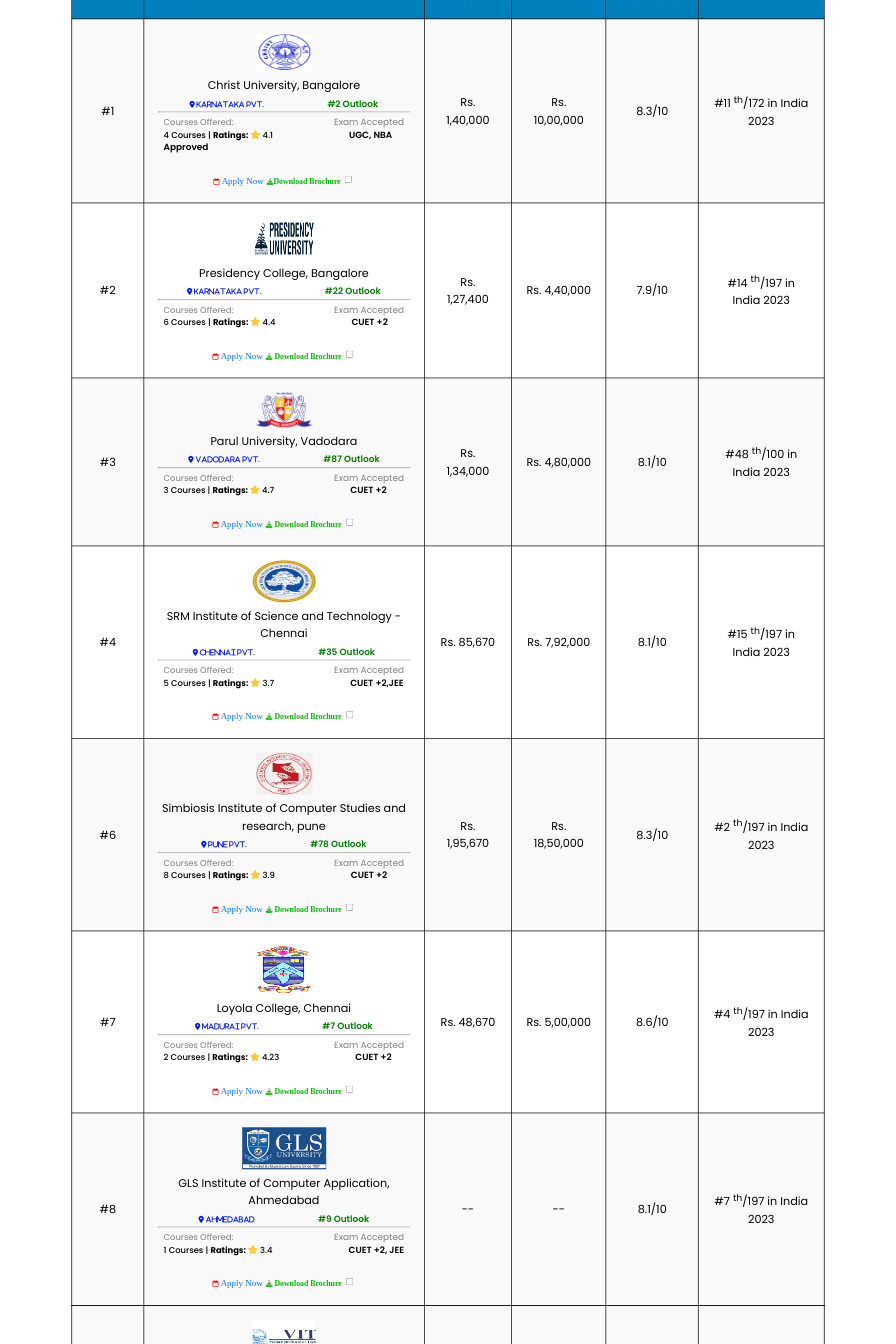
Repository: NamanSahu09/VidyaPreet-Ed-Tech-Website
Page: bca.html
These files come from the project's save history. The page is drawn as it stood at one moment and after the next save; the edit follows.
The browser window is 1280 px wide. The pictures show the part of the page from y = 599 to 2519 px (the page is 3679 px tall), at 70% of full size.
Some web libraries are served in a nearby version.

Above is the page before, as saved 2024-04-15 01:02:33.

### bca.html
<!DOCTYPE html>
<html lang="en">
<head>
	<meta charset="UTF-8">
	<meta name="viewport" content="width=device-width, initial-scale=1.0">
	<title>Top BCA Colleges in India</title>
	<link rel="shortcut icon" href="img/Vidya peeth.png">
	<!-- font Awesome CDN link -->
	<link rel="stylesheet" href="https://cdnjs.cloudflare.com/ajax/libs/font-awesome/6.1.1/css/all.min.css" />

	<!-- External CSS -->
	<!-- <link rel="stylesheet" href="style.css"> -->
	<!-- <link rel="stylesheet" href="about.css"> -->
	<link rel="stylesheet" href="bsc.css">



	<!-- JQuery CDN link -->
	<script src="https://code.jquery.com/jquery-3.6.0.min.js" integrity="sha256-/xUj+3OJU5yExlq6GSYGSHk7tPXikynS7ogEvDej/m4=" crossorigin="anonymous"></script>
</head>
<body>
	<!-- Navigation start -->
	<nav>
		<img src="img/Vidya peeth.png" class="logo" alt="" height="70px"  width="250px"/>

		<div class="navigation">
			<ul>
				<i id="menu-close" class="fas fa-times"></i>
				<li><a href="index.html" class="active">Home</a></li>
				<li><a href="about.html">About Us</a></li>
				<!-- <li><a href="courses.html">Courses</a></li> -->
				<li><a href="contact.html">Contact</a></li>
				<li><a href="#">
					<i class="far fa-user"></i>
					</a>
				</li>


			</ul>

			<img src="img/menu.png" id="menu-btn" alt="">
		</div>
	</nav>
	<!-- Navigation ends -->



  <!-- login sign-up-form -->

  <div class="form">
    <!-- login -->
    <div class="login-form">

      <!-- cancel-btn -->

      <a href="#" class="form-cancel">
        <i class="fas fa-times"></i>
      </a>


      <strong>Log In</strong>
      <!-- inputs -->
      <form >
        <input type="email" placeholder="Example@gmail.com" name="email" required>
        <input type="password" placeholder="Password" name="password" required>
        <!-- submit-btn -->
        <input type="submit" value="Log In">
      </form>

      <!-- Forget-and-signup -->
      <div class="form-btns">
          <a href="#" class="forget">Forget Your Password?</a>
          <a href="#" class="sign-up-btn">Create Account</a>
    </div>

    </div>




     <!-- Sign Up -->
     <div class="sign-up-form">

      <!-- cancel-btn -->

      <a href="#" class="form-cancel">
        <i class="fas fa-times"></i>
      </a>


      <strong>Sign In</strong>
      <!-- inputs -->
      <form >
        <input type="text" placeholder="Full Name" name="fullname" required>
        <input type="email" placeholder="Example@gmail.com" name="email" required>
        <input type="password" placeholder="Password" name="password" required>
        <!-- submit-btn -->
        <input type="submit" value="Sign Up">
      </form>

      <!-- Forget-and-signup -->
      <div class="form-btns">
          <a href="#" class="already-acount">Already have Account?</a>
    </div>

    </div>

  </div>







	<!-- Hero section starts from here -->
	<section id="about-home">
		<h2>
			Lists of BCA Colleges in India based on 2024 Ranking
		</h2>
	</section>
	<!-- Hero section ends from here -->


	<section id="contact">

		<div class="table-container">
		<table  class="custom-table">
			<tr align="center">
	<th>CD RANK</th>
	<th>Colleges</th>
	<th>Course Fees</th>
	<th>Placement</th>
	<th>User Reviews</th>
	<th>Ranking</th>
	</tr>

	<tr align="center">
	<td>#1</td>
	<td>

		<div class="container-wrapper">

			<div class="container1">
				<img src="logos/christ.png" alt="logo" height="55px" width="80px">
			</div>

			<div class="container2">
				<a href="https://christuniversity.in/">Christ University, Bangalore</a><br>
		   <i class="fa-solid fa-location-dot " style="font-size: 10px; "> Karnataka Pvt. </i>
		   <span style="color: green; font-weight: 600; margin-left: 24%;"> #2 Outlook</span>
			</div>
		</div>

		<hr>


	<p style="font-size: 12px; color: grey; margin-left: 0.5rem; margin-top: 4px;" align="left">Courses Offered:
	<span class="between">Exam Accepted</span>
	</p>
	<p align="left" style="margin-left: 0.5rem; font-size: 12px; font-weight: 500; ">4 Courses |
			<b>Ratings: </b><i align="left" class="fa-solid fa-star"></i> 4.1
			<span class="between1">UGC, NBA Approved</span>
	</p>

<br>

	<i class="fa-regular fa-calendar" align="left"><a href="https://christuniversity.in/"> Apply Now </a></i>
	<i class="fa-solid fa-download"><a href="js files/st_stephens.pdf" download>Download Brochure</a></i>
	<input type="checkbox"><span></span>





	</td>

	<td>Rs. 1,40,000</td>
	<td>Rs. 10,00,000</td>
	<td>8.3/10</td>
	<td>#11 <sup>th</sup>/172 in India 2023 </td>
	</tr>

	<tr align="center">
	<td>#2</td>


	<td>


		<div class="container-wrapper">

			<div class="container1">
				<img src="logos/presidency.png" alt="logo" height="60px" width="90px">
			</div>

			<div class="container2">
				<a href="https://presidencycollege.ac.in/?id=1">Presidency College, Bangalore </a><br>
		   <i class="fa-solid fa-location-dot " style="font-size: 10px; "> Karnataka Pvt. </i>
		   <span style="color: green; font-weight: 600; margin-left: 24%;"> #22 Outlook</span>
			</div>
		</div>

		<hr>


	<p style="font-size: 12px; color: grey; margin-left: 0.5rem; margin-top: 4px;" align="left">Courses Offered:
	<span class="between">Exam Accepted</span>
	</p>
	<p align="left" style="margin-left: 0.5rem; font-size: 12px; font-weight: 500; ">6 Courses |
			<b>Ratings: </b><i align="left" class="fa-solid fa-star"></i> 4.4
			<span class="between1">CUET +2</span>
	</p>

<br>

	<i class="fa-regular fa-calendar" align="left"><a href="https://presidencycollege.ac.in/?id=1"> Apply Now </a></i>
	<i class="fa-solid fa-download" ><a href=""> Download Brochure </a></i>
	<input type="checkbox"><span></span>

		</td>
	<td>Rs. 1,27,400</td>
	<td>Rs. 4,40,000</td>
	<td>7.9/10</td>
	<td>#14 <sup>th</sup>/197 in India 2023 </td>



	</tr>	<tr align="center">
	<td>#3</td>
	<td>


		<div class="container-wrapper">

			<div class="container1">
				<img src="logos/parul.png" alt="logo" height="50px" width="80px">
			</div>

			<div class="container2">

		<a href="https://paruluniversity.ac.in/">Parul University, Vadodara</a><br>
		   <i class="fa-solid fa-location-dot " style="font-size: 10px; "> Vadodara Pvt. </i>
		   <span style="color: green; font-weight: 600; margin-left: 24%;"> #87 Outlook</span>
			</div>
		</div>

		<hr>


	<p style="font-size: 12px; color: grey; margin-left: 0.5rem; margin-top: 4px;" align="left">Courses Offered:
	<span class="between">Exam Accepted</span>
	</p>
	<p align="left" style="margin-left: 0.5rem; font-size: 12px; font-weight: 500; ">3 Courses |
			<b>Ratings: </b><i align="left" class="fa-solid fa-star"></i> 4.7
			<span class="between1">CUET +2</span>
	</p>

<br>

	<i class="fa-regular fa-calendar" align="left"><a href="https://www.ststephens.edu/"> Apply Now </a></i>
	<i class="fa-solid fa-download" ><a href=""> Download Brochure </a></i>
	<input type="checkbox"><span></span>
	</td>

	<td>Rs. 1,34,000</td>
	<td>Rs. 4,80,000</td>
	<td>8.1/10</td>
	<td>#48 <sup>th</sup>/100 in India 2023 </td>
	</tr>


		<tr align="center">


	<td>#4</td>


	<td>

		<div class="container-wrapper">

			<div class="container1">
				<img src="logos/srm.png" alt="logo" height="60px" width="90px">
			</div>

			<div class="container2">

				<a href="https://www.srmist.edu.in/">SRM Institute of Science and Technology - Chennai</a><br>
		   <i class="fa-solid fa-location-dot " style="font-size: 10px; "> Chennai Pvt. </i>
		   <span style="color: green; font-weight: 600; margin-left: 24%;"> #35 Outlook</span>
			</div>
		</div>

		<hr>


	<p style="font-size: 12px; color: grey; margin-left: 0.5rem; margin-top: 4px;" align="left">Courses Offered:
	<span class="between">Exam Accepted</span>
	</p>
	<p align="left" style="margin-left: 0.5rem; font-size: 12px; font-weight: 500; ">5 Courses |
			<b>Ratings: </b><i align="left" class="fa-solid fa-star"></i> 3.7
			<span class="between1">CUET +2,JEE</span>
	</p>

<br>

	<i class="fa-regular fa-calendar" align="left"><a href="https://www.srmist.edu.in/"> Apply Now </a></i>
	<i class="fa-solid fa-download" ><a href=""> Download Brochure </a></i>
	<input type="checkbox"><span></span>


	</td>
	<td>Rs. 85,670</td>
	<td>Rs. 7,92,000</td>
	<td>8.1/10</td>
	<td>#15 <sup>th</sup>/197 in India 2023 </td>


	</tr>	<tr align="center">
	<td>#6</td>

	<td>



		<div class="container-wrapper">

			<div class="container1">
				<img src="logos/symbiosis.png" alt="logo" height="60px" width="80px">
			</div>

			<div class="container2">

				<a href="https://www.sicsr.ac.in/">Simbiosis Institute of Computer Studies and research, pune</a><br>
		   <i class="fa-solid fa-location-dot " style="font-size: 10px; "> Pune Pvt. </i>
		   <span style="color: green; font-weight: 600; margin-left: 24%;"> #78 Outlook</span>
			</div>
		</div>

		<hr>


	<p style="font-size: 12px; color: grey; margin-left: 0.5rem; margin-top: 4px;" align="left">Courses Offered:
	<span class="between">Exam Accepted</span>
	</p>
	<p align="left" style="margin-left: 0.5rem; font-size: 12px; font-weight: 500; ">8 Courses |
			<b>Ratings: </b><i align="left" class="fa-solid fa-star"></i> 3.9
			<span class="between1">CUET +2</span>
	</p>

<br>

	<i class="fa-regular fa-calendar" align="left"><a href="https://www.sicsr.ac.in/"> Apply Now </a></i>
	<i class="fa-solid fa-download" ><a href=""> Download Brochure </a></i>
	<input type="checkbox"><span></span>








	</td>
	<td>Rs. 1,95,670</td>
	<td>Rs. 18,50,000</td>
	<td>8.3/10</td>
	<td>#2 <sup>th</sup>/197 in India 2023 </td>
	</tr>
	<tr align="center">

	<td>#7</td>



	<td>

		<div class="container-wrapper">

			<div class="container1">
				<img src="logos/loyola.png" alt="logo" height="70px" width="80px">
			</div>

			<div class="container2">

				<a href="https://www.loyolacollege.edu/">Loyola College, Chennai</a><br>
		   <i class="fa-solid fa-location-dot " style="font-size: 10px; "> Madurai Pvt. </i>
		   <span style="color: green; font-weight: 600; margin-left: 24%;"> #7 Outlook</span>
			</div>
		</div>

		<hr>


	<p style="font-size: 12px; color: grey; margin-left: 0.5rem; margin-top: 4px;" align="left">Courses Offered:
	<span class="between">Exam Accepted</span>
	</p>
	<p align="left" style="margin-left: 0.5rem; font-size: 12px; font-weight: 500; ">2 Courses |
			<b>Ratings: </b><i align="left" class="fa-solid fa-star"></i> 4.23
			<span class="between1">CUET +2</span>
	</p>

<br>

	<i class="fa-regular fa-calendar" align="left"><a href="https://www.ststephens.edu/"> Apply Now </a></i>
	<i class="fa-solid fa-download" ><a href=""> Download Brochure </a></i>
	<input type="checkbox"><span></span>






	</td>
	<td>Rs. 48,670</td>
	<td>Rs. 5,00,000</td>
	<td>8.6/10</td>
	<td>#4 <sup>th</sup>/197 in India 2023 </td>
	</tr>
	<tr align="center">


	<td>#8</td>



	<td>


		<div class="container-wrapper">

			<div class="container1">
				<img src="logos/logo_New.jpg" alt="logo" height="60px" width="120px">
			</div>

			<div class="container2">

				<a href="https://glsid.org">GLS Institute of Computer Application, Ahmedabad</a><br>
		   <i class="fa-solid fa-location-dot " style="font-size: 10px; "> Ahmedabad</i>
		   <span style="color: green; font-weight: 600; margin-left: 24%;"> #9 Outlook</span>
			</div>
		</div>

		<hr>


	<p style="font-size: 12px; color: grey; margin-left: 0.5rem; margin-top: 4px;" align="left">Courses Offered:
	<span class="between">Exam Accepted</span>
	</p>
	<p align="left" style="margin-left: 0.5rem; font-size: 12px; font-weight: 500; ">1 Courses |
			<b>Ratings: </b><i align="left" class="fa-solid fa-star"></i> 3.4
			<span class="between1">CUET +2, JEE</span>
	</p>

<br>

	<i class="fa-regular fa-calendar" align="left"><a href="https://glsid.org"> Apply Now </a></i>
	<i class="fa-solid fa-download" ><a href=""> Download Brochure </a></i>
	<input type="checkbox"><span></span>






	</td>



	<td> -- </td>
	<td> -- </td>
	<td>8.1/10</td>
	<td>#7 <sup>th</sup>/197 in India 2023 </td>

	</tr>

	<tr align="center">


	<!-- <td>#9</td>
	<td>Hansraj College, New Delhi</td>


	<td>Rs. 24,655</td>
	<td>Rs. 7,90,000</td>
	<td>8.4/10</td>
	<td>#4 <sup>th</sup>/197 in India 2023 </td>
	</tr>	 -->



	<tr align="center">
	<td>#9</td>
	<td>



		<div class="container-wrapper">

			<div class="container1">
				<img src="logos/vit.png" alt="logo" height="50px" width="90px">
			</div>

			<div class="container2">

				<a href="https://vit.ac.in">Vellore Institute of Technology, Vellore</a><br>
		   <i class="fa-solid fa-location-dot " style="font-size: 10px; "> Vellore Pvt. </i>
		   <span style="color: green; font-weight: 600; margin-left: 24%;"> #72 Outlook</span>
			</div>
		</div>

		<hr>


	<p style="font-size: 12px; color: grey; margin-left: 0.5rem; margin-top: 4px;" align="left">Courses Offered:
	<span class="between">Exam Accepted</span>
	</p>
	<p align="left" style="margin-left: 0.5rem; font-size: 12px; font-weight: 500; ">5 Courses |
			<b>Ratings: </b><i align="left" class="fa-solid fa-star"></i> 4.2
			<span class="between1">CUET +2, JEE</span>
	</p>

<br>

	<i class="fa-regular fa-calendar" align="left"><a href="https://vit.ac.in"> Apply Now </a></i>
	<i class="fa-solid fa-download" ><a href=""> Download Brochure </a></i>
	<input type="checkbox"><span></span>















	</td>
	<td>Rs. 57,000</td>
	<td> 8,19,000 </td>
	<td>8.2/10</td>
	<td > - </td>
	</tr>

	<tr align="center">

	<td>#10</td>


	<td>


		<div class="container-wrapper">

			<div class="container1">
				<img src="logos/ibsar-7-dec-1.png" alt="logo" height="60px" width="140px">
			</div>

			<div class="container2">

				<a href="https://www.ibsar.ac.in">Institute of Business Studies and research - [IBSAR], Navi Mumbai</a><br>
		   <i class="fa-solid fa-location-dot " style="font-size: 10px; "> Navi Mumbai, Maharastra </i>
		   <span style="color: green; font-weight: 600; margin-left: 24%;"> #14 Outlook</span>
			</div>
		</div>

		<hr>


	<p style="font-size: 12px; color: grey; margin-left: 0.5rem; margin-top: 4px;" align="left">Courses Offered:
	<span class="between">Exam Accepted</span>
	</p>
	<p align="left" style="margin-left: 0.5rem; font-size: 12px; font-weight: 500; ">4 Courses |
			<b>Ratings: </b><i align="left" class="fa-solid fa-star"></i> 4.3
			<span class="between1">CUET +2</span>
	</p>

<br>

	<i class="fa-regular fa-calendar" align="left"><a href="https://www.ibsar.ac.in"> Apply Now </a></i>
	<i class="fa-solid fa-download" ><a href=""> Download Brochure </a></i>
	<input type="checkbox"><span></span>








	</td>
	<td>Rs. 1,30,500</td>
	<td>Rs. 15,00,000</td>
	<td>6.1/10</td>
	<td>#76 <sup>th</sup>/60 in India 2023 </td>
	</tr>


	</table>

</div>










	</section>






<!--
	<section id="map">
		<iframe src="https://www.google.com/maps/embed?pb=!1m18!1m12!1m3!1d30711686.029386617!2d64.41853642919325!3d20.009139591170264!2m3!1f0!2f0!3f0!3m2!1i1024!2i768!4f13.1!3m3!1m2!1s0x30635ff06b92b791%3A0xd78c4fa1854213a6!2sIndia!5e0!3m2!1sen!2sin!4v1652012148253!5m2!1sen!2sin" style="border:0;" allowfullscreen="" loading="lazy" referrerpolicy="no-referrer-when-downgrade"></iframe>
	</section> -->


	<!-- Footer section starts from here -->
	<footer>
		<div class="footer-col">
			<h3>Top Exams</h3>
			<li>JEE Main 2024</li>
			<li>CAT 2024</li>
			<li>NEET 2024</li>
			<li>GATE 2024</li>

		</div>

		<div class="footer-col">
			<h3>College</h3>
			<li>Top Colleges in India</li>
			<li>Top Engineering Colleges in <br>India</li>
			<li>Top MBA Colleges in India</li>
			<li>Top Medical Colleges</li>
		</div>

		<div class="footer-col">
			<h3>Predictors & Ebooks</h3>
			<li>CAT Percentile Predictor</li>
			<li>JEE Main College Predictor</li>
			<li>CAT College Predictor</li>
			<li>NEET College Predictor</li>
			<li>College Predictor</li>
		</div>

		<div class="footer-col">
			<h3>Resources</h3>
			<li>B. Tech Companion</li>
			<li>MBBS Companion</li>
			<li>NCERT</li>
			<li>Schools</li>
			<li>Courses</li>
			<li>Councelling Webinars</li>
		</div>

		<div class="footer-col">
			<h3>Newsletter</h3>
			<p>You can trust us. we only send promo offers.</p>

			<div class="subscribe">
				<input type="email" placeholder="Your email Address">
				<a href="#" class="yellow">SUBSCRIBE</a>
			</div>
		</div>

		<div class="copyright">
			<p align="center">
				Copyright &copy; 2024 Naman Publishing Pvt Ltd.
			</p>
			<div class="pro-links">
				<i class="fab fa-facebook"></i>
				<i class="fab fa-instagram"></i>
				<i class="fab fa-linkedin-in"></i>
			</div>
		</div>
	</footer>
	<!-- Footer section ends from here -->

	<script>
		// Show menu links on burger click
		$('#menu-btn').click(function(){
			$('nav .navigation ul').addClass('active')
		});

		// Hide navbar on click function
		$('#menu-close').click(function(){
			$('nav .navigation ul').removeClass('active')
		});

 /*---For Login and Sign-up----------------------------*/

 $(document).on('click', '.far.fa-user', function(){
    $('.form').addClass('login-active').removeClass('sign-up-active');
});

$(document).on('click', '.sign-up-btn', function(){
    $('.form').removeClass('login-active').addClass('sign-up-active');
});

$(document).on('click', '.form-cancel', function(){
    $('.form').removeClass('login-active').removeClass('sign-up-active');
});

$(document).on('click', '.already-acount', function(){
    $('.form').addClass('login-active').removeClass('sign-up-active');
});


	</script>

</body>
</html>

Loaded but not shown: bsc.css (690 lines, source omitted)

After the next save:
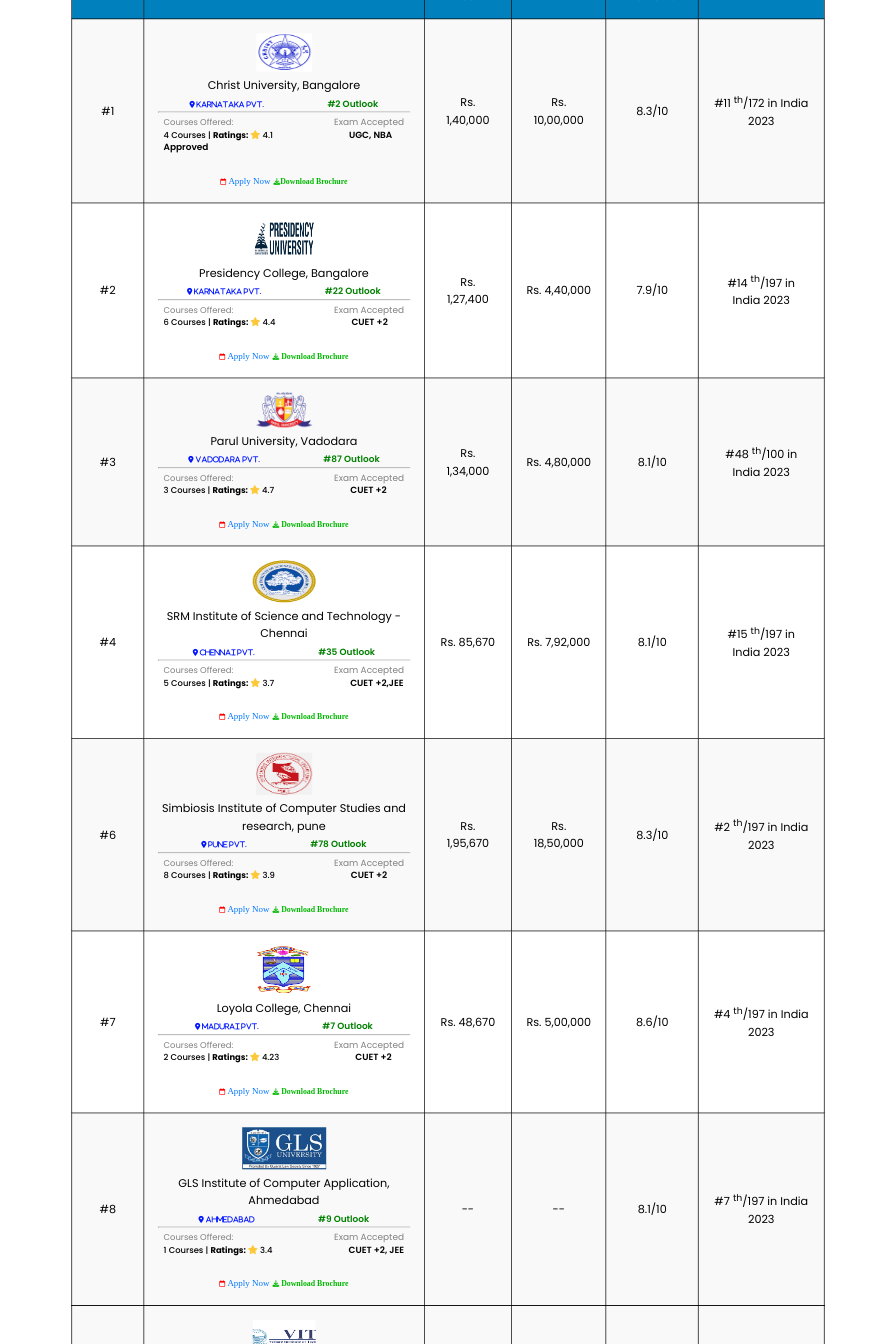
Saved 8 s later.
--- a/bca.html
+++ b/bca.html
@@ -167,7 +167,7 @@
 
 	<i class="fa-regular fa-calendar" align="left"><a href="https://christuniversity.in/"> Apply Now </a></i>
 	<i class="fa-solid fa-download"><a href="js files/st_stephens.pdf" download>Download Brochure</a></i>
-	<input type="checkbox"><span></span>
+
 
 
 
@@ -216,7 +216,7 @@
 
 	<i class="fa-regular fa-calendar" align="left"><a href="https://presidencycollege.ac.in/?id=1"> Apply Now </a></i>
 	<i class="fa-solid fa-download" ><a href=""> Download Brochure </a></i>
-	<input type="checkbox"><span></span>
+
 
 		</td>
 	<td>Rs. 1,27,400</td>
@@ -260,7 +260,7 @@
 
 	<i class="fa-regular fa-calendar" align="left"><a href="https://www.ststephens.edu/"> Apply Now </a></i>
 	<i class="fa-solid fa-download" ><a href=""> Download Brochure </a></i>
-	<input type="checkbox"><span></span>
+
 	</td>
 
 	<td>Rs. 1,34,000</td>
@@ -307,7 +307,7 @@
 
 	<i class="fa-regular fa-calendar" align="left"><a href="https://www.srmist.edu.in/"> Apply Now </a></i>
 	<i class="fa-solid fa-download" ><a href=""> Download Brochure </a></i>
-	<input type="checkbox"><span></span>
+
 
 
 	</td>
@@ -353,7 +353,7 @@
 
 	<i class="fa-regular fa-calendar" align="left"><a href="https://www.sicsr.ac.in/"> Apply Now </a></i>
 	<i class="fa-solid fa-download" ><a href=""> Download Brochure </a></i>
-	<input type="checkbox"><span></span>
+
 
 
 
@@ -405,7 +405,7 @@
 
 	<i class="fa-regular fa-calendar" align="left"><a href="https://www.ststephens.edu/"> Apply Now </a></i>
 	<i class="fa-solid fa-download" ><a href=""> Download Brochure </a></i>
-	<input type="checkbox"><span></span>
+
 
 
 
@@ -457,7 +457,7 @@
 
 	<i class="fa-regular fa-calendar" align="left"><a href="https://glsid.org"> Apply Now </a></i>
 	<i class="fa-solid fa-download" ><a href=""> Download Brochure </a></i>
-	<input type="checkbox"><span></span>
+
 
 
 
@@ -525,7 +525,7 @@
 
 	<i class="fa-regular fa-calendar" align="left"><a href="https://vit.ac.in"> Apply Now </a></i>
 	<i class="fa-solid fa-download" ><a href=""> Download Brochure </a></i>
-	<input type="checkbox"><span></span>
+
 
 
 
@@ -585,7 +585,7 @@
 
 	<i class="fa-regular fa-calendar" align="left"><a href="https://www.ibsar.ac.in"> Apply Now </a></i>
 	<i class="fa-solid fa-download" ><a href=""> Download Brochure </a></i>
-	<input type="checkbox"><span></span>
+
 
 
 
